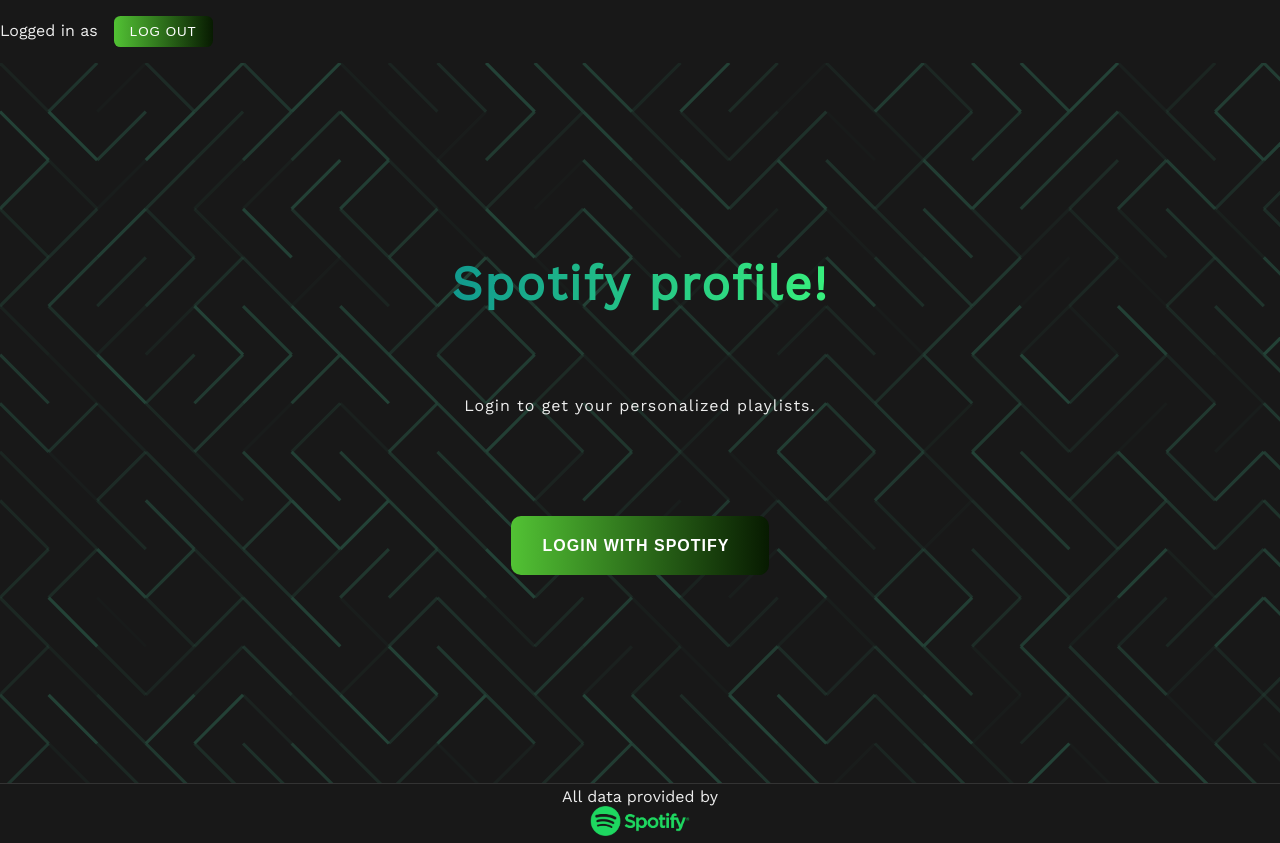
Repository: kirpister/Spotify-profile
Page: /
The author's editor kept a copy of each file at every save. The page is drawn from the files as they stood at one save, then again after the next save.
The browser window is 1280 px wide. The pictures show the whole page.
The project was rebuilt for these pictures with package versions that can differ from the ones it lists, and the page was loaded fresh each time.

Above is the page before, as saved 2023-03-08 10:50:06.

After the next save:
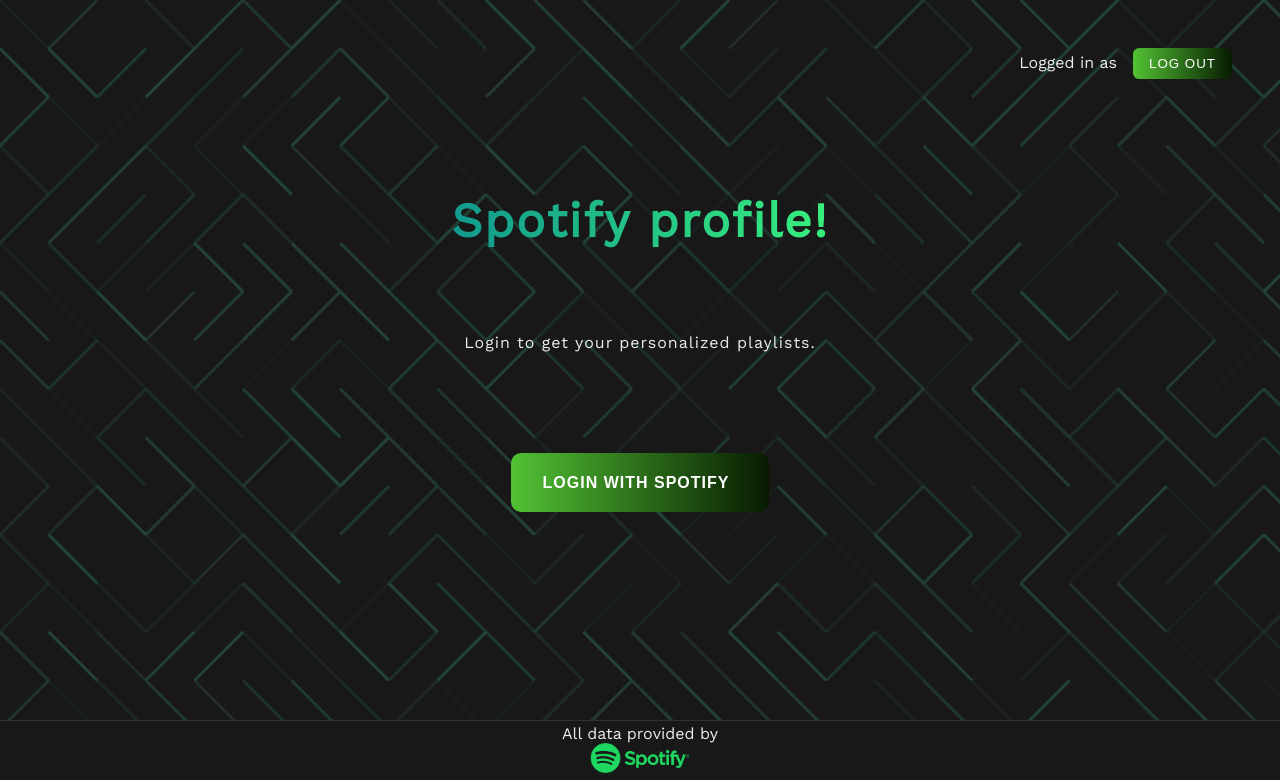
Saved 47 s later.
--- a/src/index.css
+++ b/src/index.css
@@ -92,6 +92,12 @@
   text-decoration: none;
 }
 
+.log-out {
+  position: absolute;
+  right: 2rem;
+  top: 2rem;
+}
+
 .log-out button {
   border-radius: 0.4rem;
   padding: 0.5rem 1rem 0.5rem 1rem;
